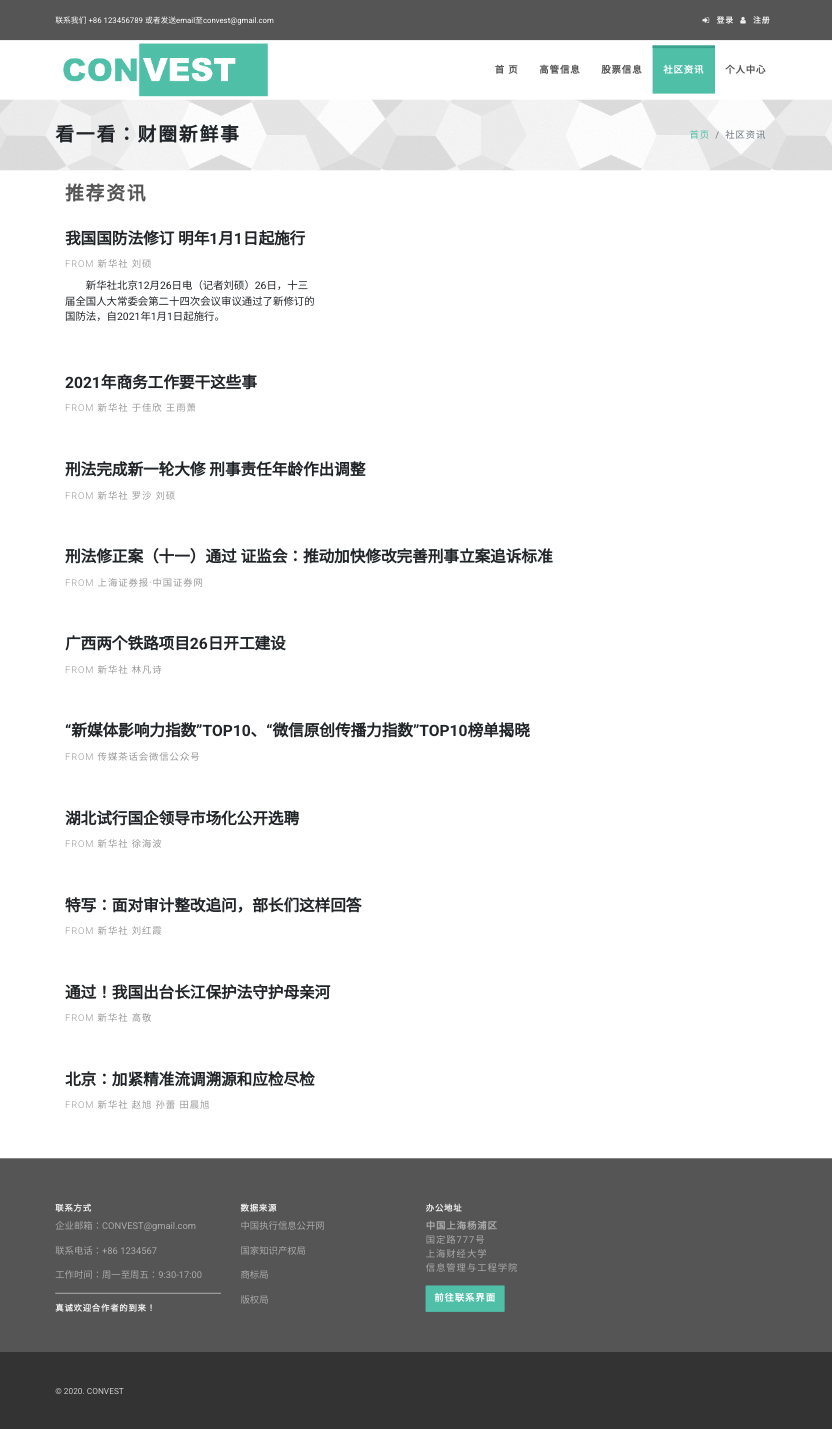
Repository: SUFELYZ/CONVEST
Page: http://localhost/CONVEST/社区资讯.jsp
An editor plug-in stored every save of this project. The page is shown before and after the next save, followed by the edit.
The browser window is 1280 px wide. The pictures show the whole page, at 65% of full size.
The page is served by Tomcat 9.

Above is the page before, as saved 2021-01-05 16:05:57.

After the next save:
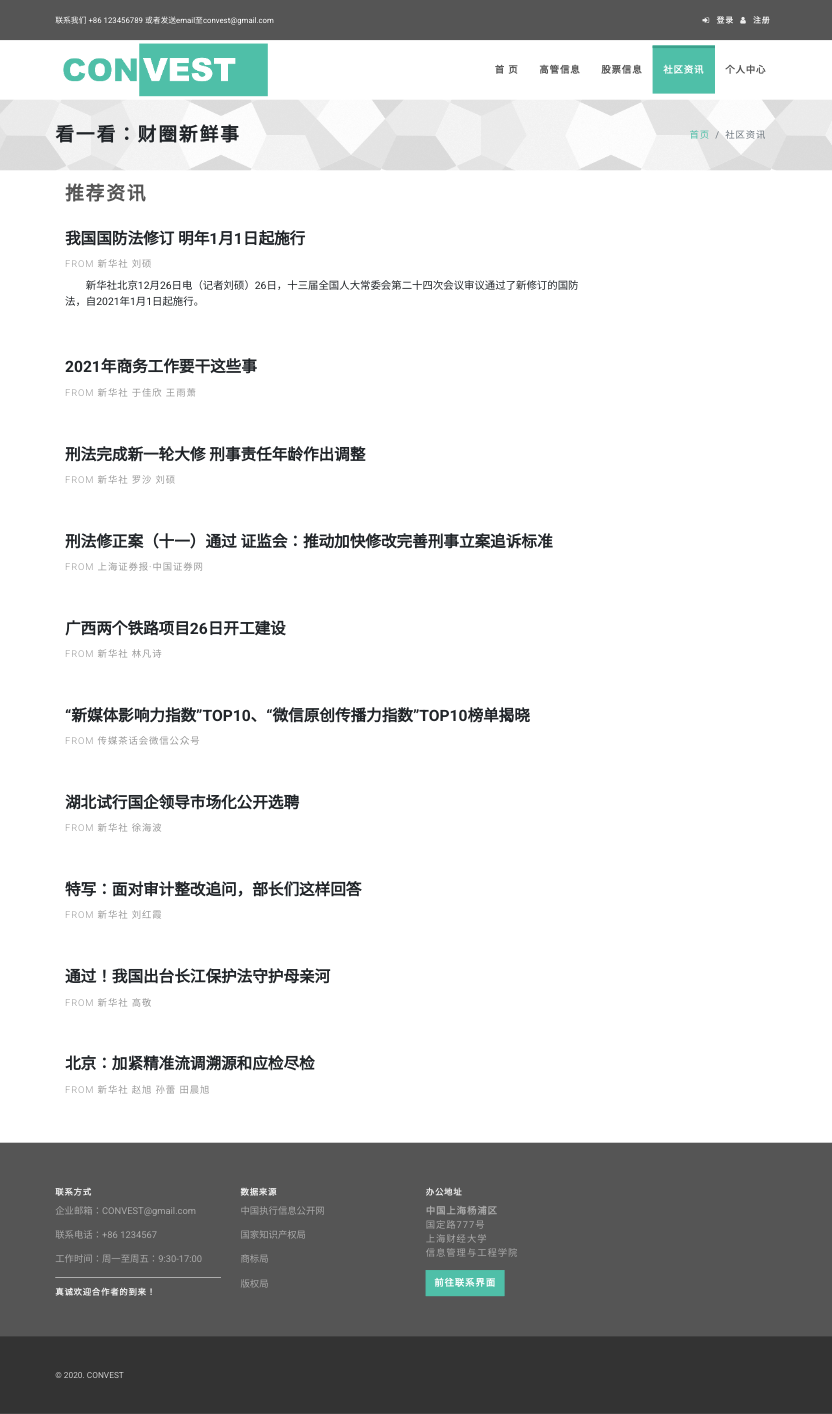
Saved 80 s later.
--- a/CONVEST 1.0/CONVEST/WebContent/社区资讯.jsp
+++ b/CONVEST 1.0/CONVEST/WebContent/社区资讯.jsp
@@ -161,7 +161,7 @@
                    <div class="post" id="qeone">
                       <h3><a id="title1">我国国防法修订 明年1月1日起施行</a></h3>
                        <div class="row">
-                          <div class="col-sm-6">
+                          <div class="col-sm-12">
                               <p class="author-category">From <a id="name1">新华社 刘硕</a></p>
                               <p class="hello">　　新华社北京12月26日电（记者刘硕）26日，十三届全国人大常委会第二十四次会议审议通过了新修订的国防法，自2021年1月1日起施行。
                           </div>
